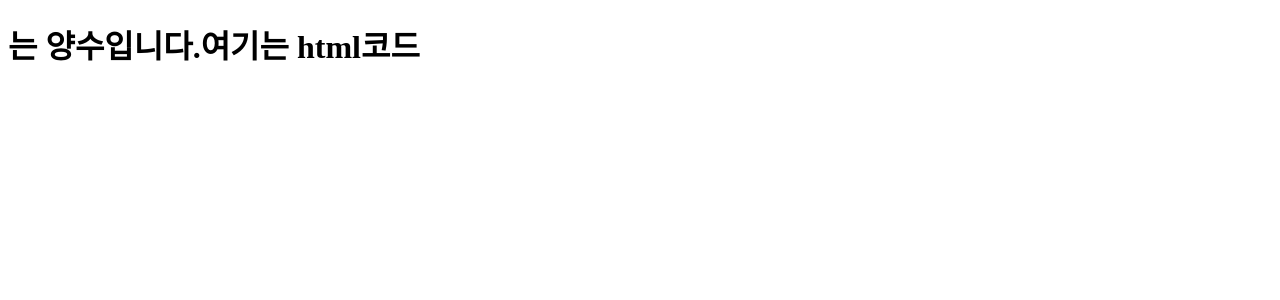
Repository: to-flatwhite1/JSP
Page: http://localhost/JSP07/
An editor plug-in stored every save of this project. The page is shown before and after the next save, followed by the edit.
The browser window is 1280 px wide. The pictures show the whole page.
The page is served by Tomcat 9.

Above is the page before, as saved 2024-05-16 00:45:27.

After the next save:
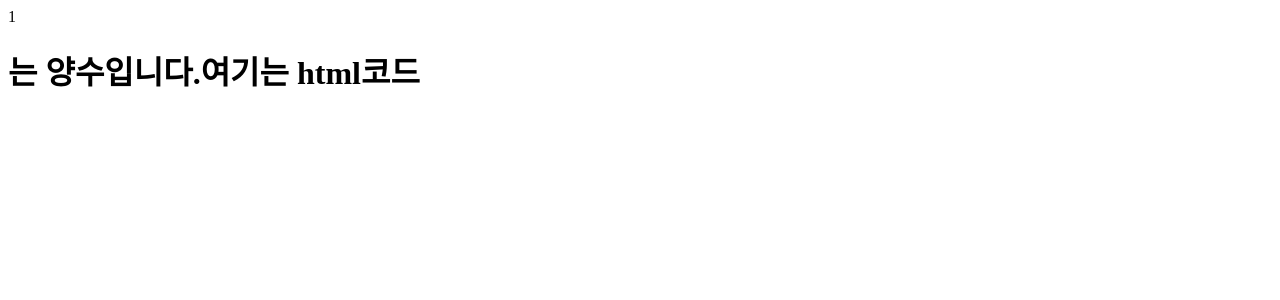
Saved 78 s later.
--- a/JSP07/src/main/webapp/index.jsp
+++ b/JSP07/src/main/webapp/index.jsp
@@ -12,6 +12,8 @@
 			int number=1;
 			if(number>0){
 		%>
+			<% out.print(number);%>
+
 			<h1>는 양수입니다.여기는 html코드
 			</h1>
 		<%
